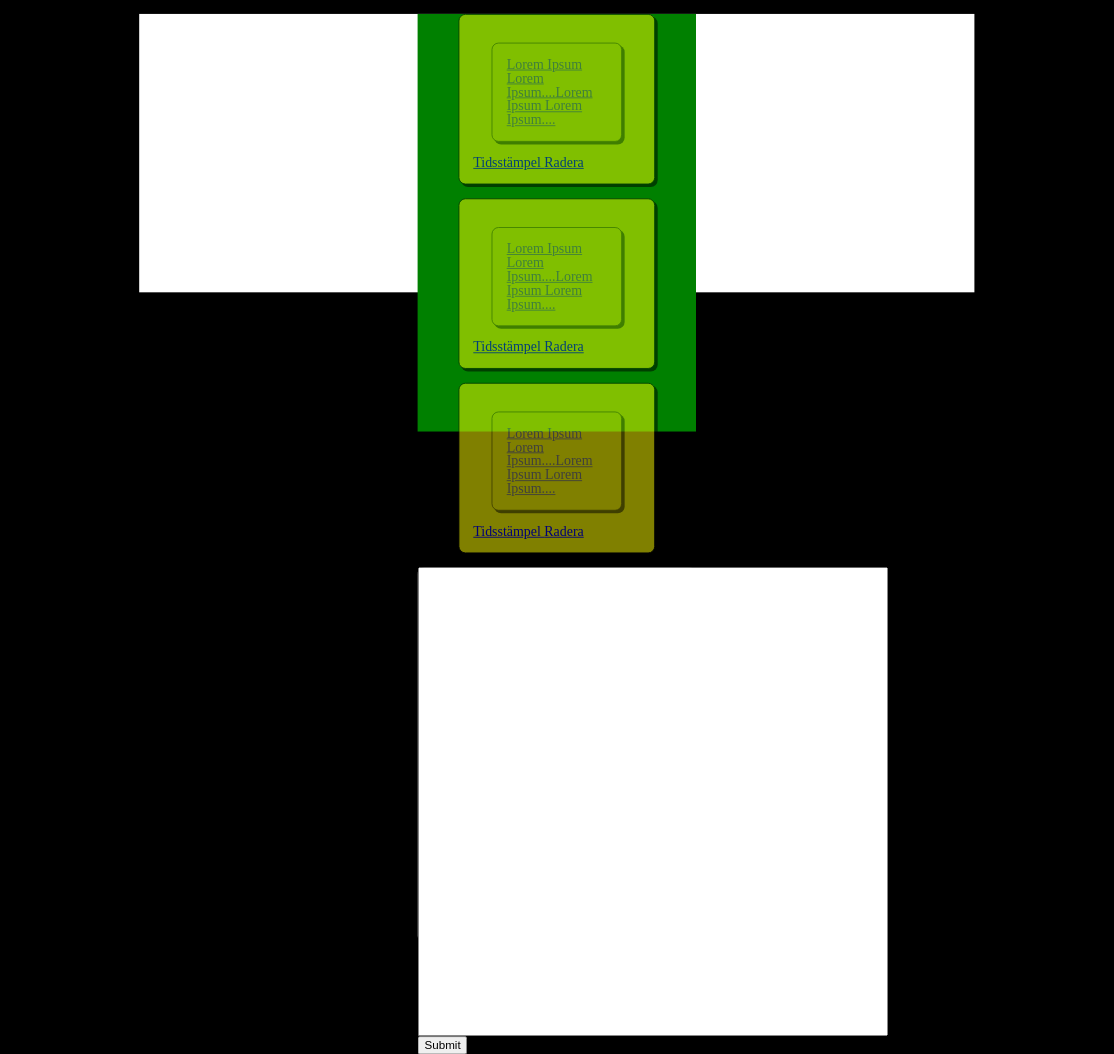
Repository: AndreasAnemyrLNU/1dv403-laborationer-AA223IG
Page: 2-labbymezzage/index.html
The author's editor kept a record of every edit. The page is drawn from the files as they stood at one moment, then again after the next edit.
The browser window is 1280 px wide. The pictures show the whole page, at 87% of full size.

Above is the page before.

After the next edit:
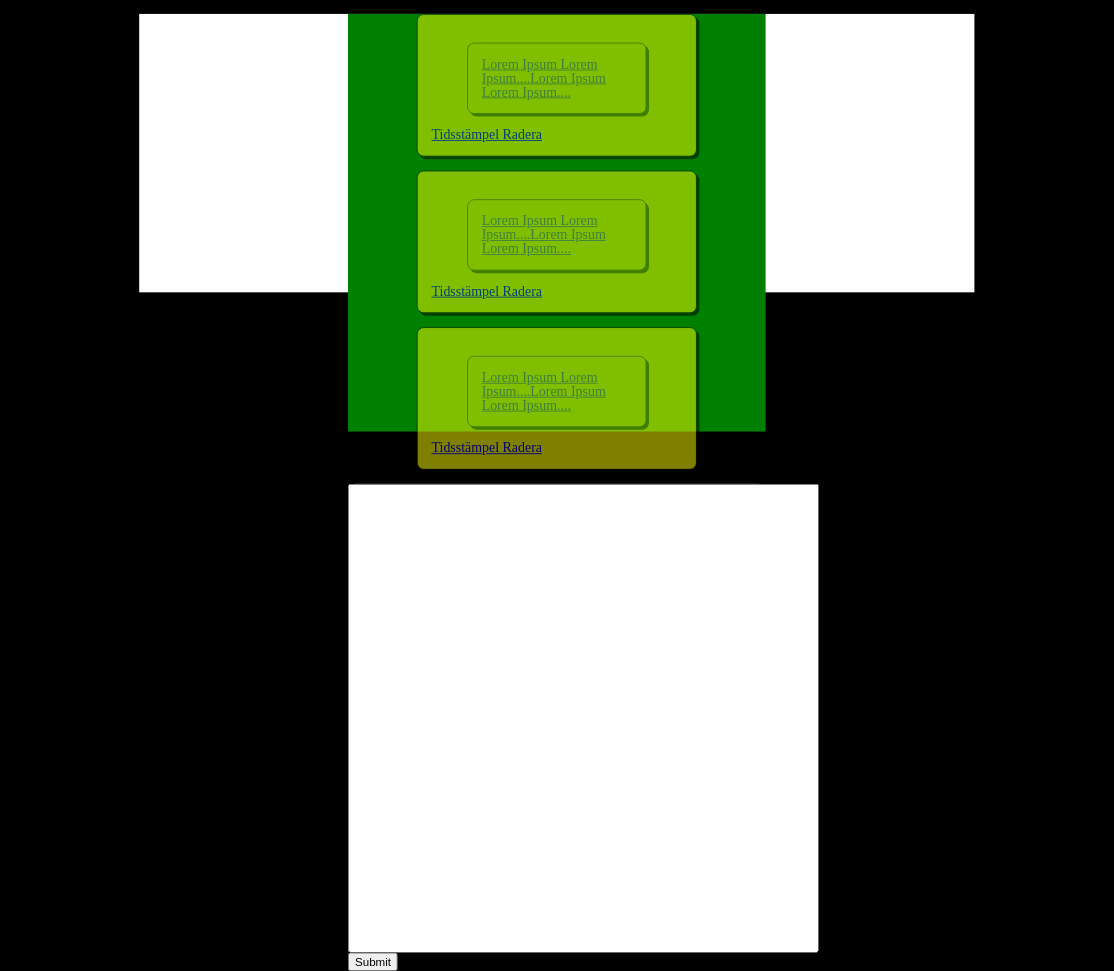
The edit:
--- a/2-labbymezzage/css/main.css
+++ b/2-labbymezzage/css/main.css
@@ -62,7 +62,7 @@
     background-color: green;
     height: 30em;
     margin: auto;
-    width: 20em;
+    width: 30em;
 }
 
 #messageForm {
